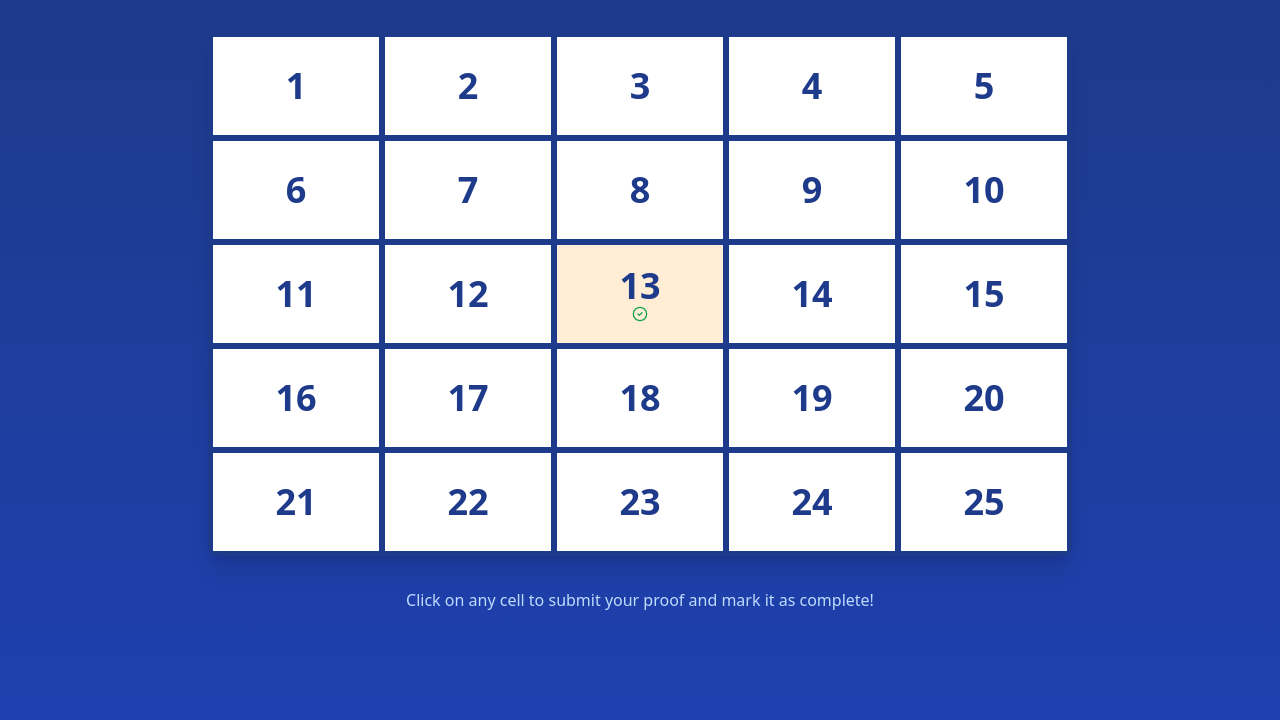
Repository: RutujaPRane/ecs_dls_bingo
Page: /
These files come from the project's save history. The page is drawn as it stood at one moment and after the next save; the edit follows.
The browser window is 1280 px wide. The pictures show the whole page.
The project was rebuilt for these pictures with package versions that can differ from the ones it lists, and the page was loaded fresh each time. Also part of the build but not shown: vite.config.ts.

Above is the page before, as saved 2025-02-08 21:36:21.

After the next save:
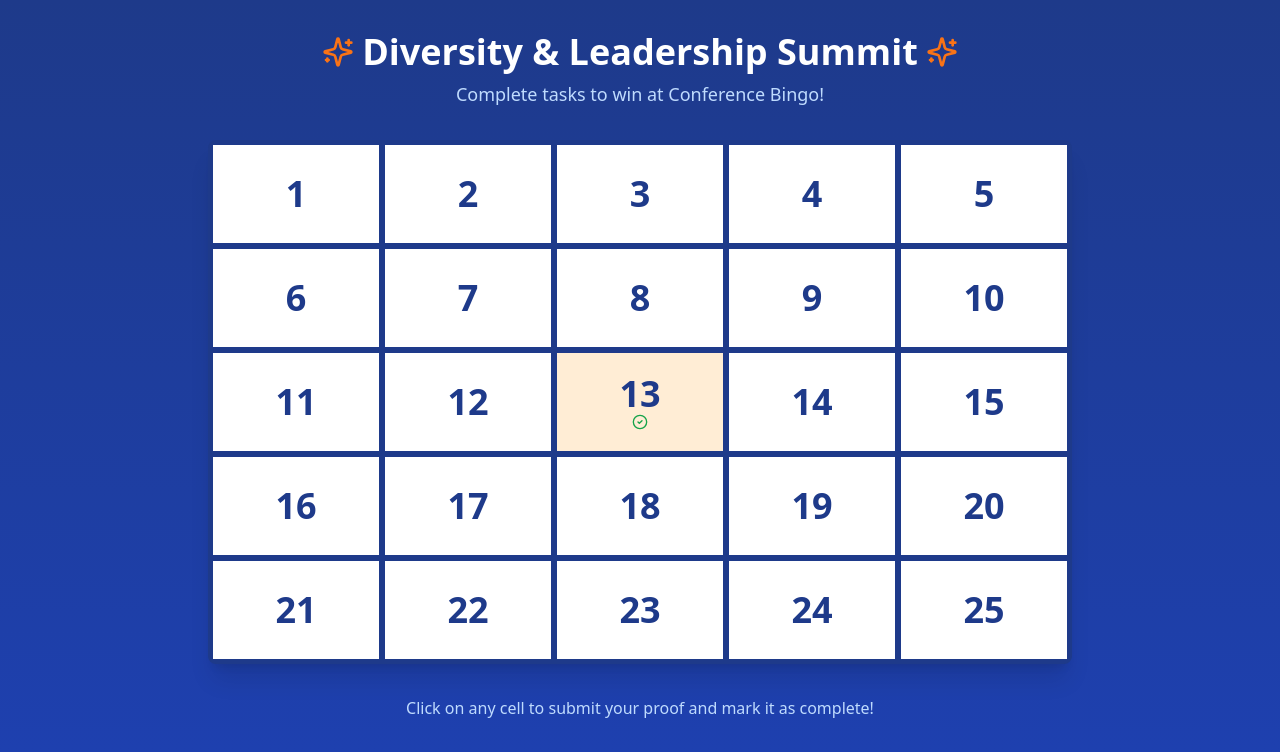
Saved 7 s later.
--- a/src/App.tsx
+++ b/src/App.tsx
@@ -1,7 +1,5 @@
 import React from 'react';
-import BingoHeader from './components/BingoHeader';
 import BingoBoard from './components/BingoBoard';
-
 import { Sparkles } from 'lucide-react';
 
 function App() {
@@ -11,7 +9,17 @@ function App() {
     <div className="min-h-screen bg-gradient-to-b from-blue-900 to-blue-800">
 
       <div className="container mx-auto px-4 py-8">
-
+        {/* This is the header you can add more styling here if you want  */}
+        <header className="text-center mb-8">
+          <h1 className="text-4xl font-bold text-white mb-2 flex items-center justify-center gap-2">
+            <Sparkles className="w-8 h-8 text-orange-500" />
+            Diversity & Leadership Summit
+            <Sparkles className="w-8 h-8 text-orange-500" />
+          </h1>
+          <p className="text-blue-200 text-lg">
+            Complete tasks to win at Conference Bingo!
+          </p>
+        </header>
 
         <section>
           {/* This is the BingoBoard component*/}
